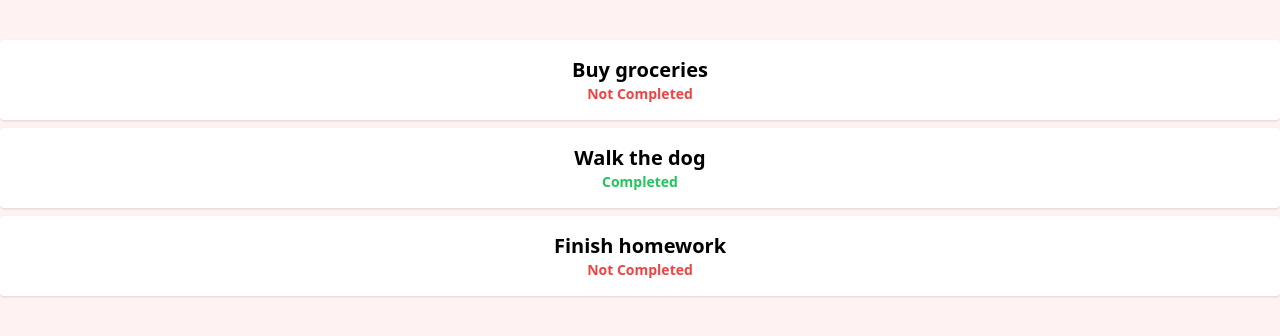
Repository: kocokoy/lodo-list-react-ts-tailwind
Page: /
An editor plug-in stored every save of this project. The page is shown before and after the next save, followed by the edit.
The browser window is 1280 px wide. The pictures show the whole page.
The project was rebuilt for these pictures with package versions that can differ from the ones it lists, and the page was loaded fresh each time. Also part of the build but not shown: vite.config.ts.

Above is the page before, as saved 2025-07-29 14:28:38.

After the next save:
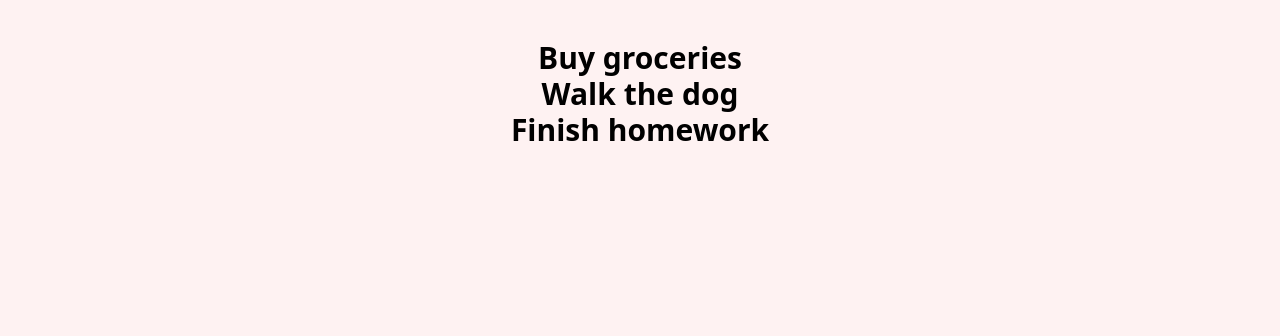
Saved 81 s later.
--- a/src/App.tsx
+++ b/src/App.tsx
@@ -7,12 +7,9 @@ function App() {
        <div>
         <div>
           {dummyData.map(todo => (
-            <div key={todo.id} className="bg-white p-4 rounded shadow mb-2">
-              <h2 className="text-xl">{todo.title}</h2>
-              <p className={`text-sm ${todo.completed ? 'text-green-500' : 'text-red-500'}`}>
-                {todo.completed ? 'Completed' : 'Not Completed'}
-              </p>
-            </div>
+            <p>
+              {todo.title}
+            </p>
           ))}
         </div>
        </div>
